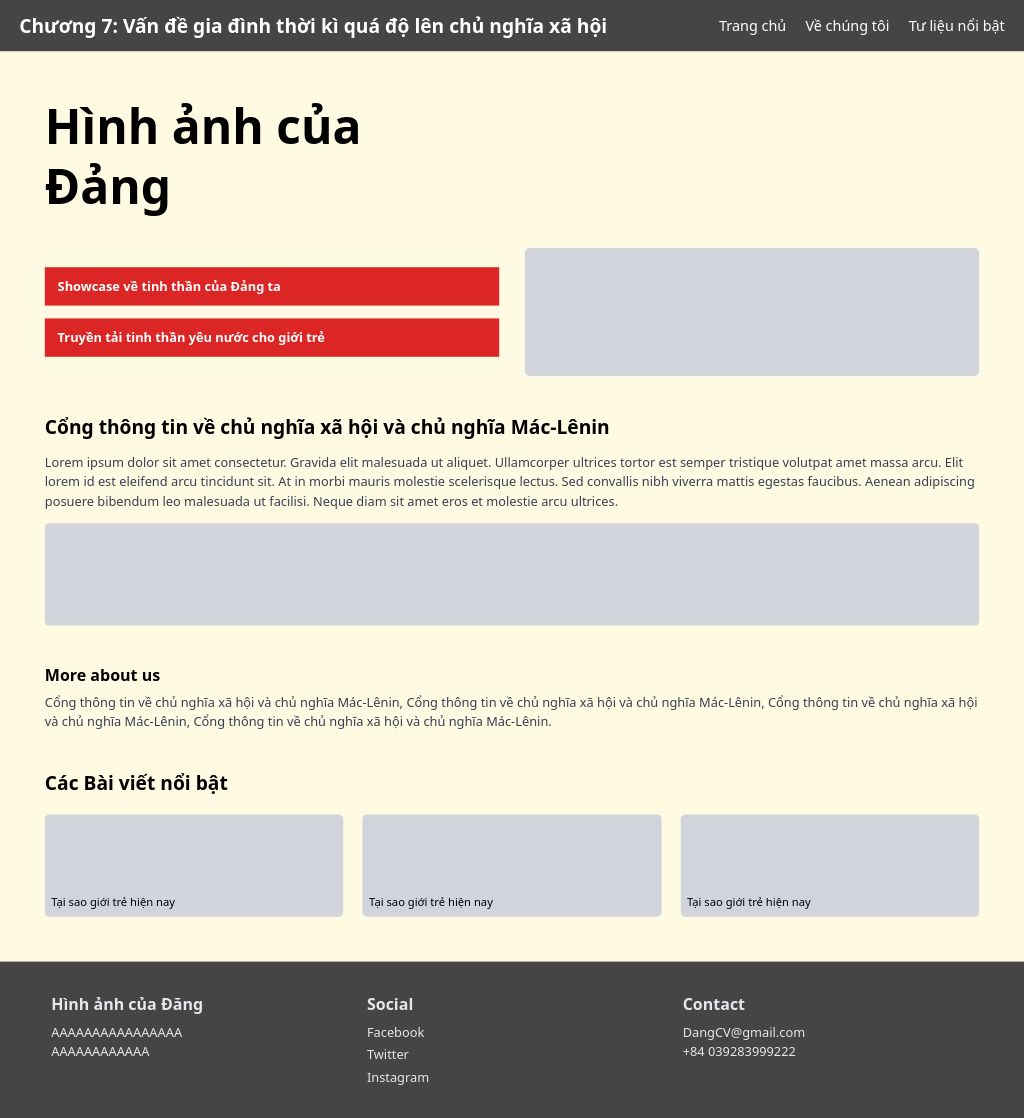
Repository: ultrakhaicraft/PRN232-Website-Showcase
Page: / (app in PRN232/)
The author's editor kept a copy of each file at every save. The page is drawn from the files as they stood at one save, then again after the next save.
The browser window is 1280 px wide. The pictures show the whole page, at 80% of full size.
The project was rebuilt for these pictures with package versions that can differ from the ones it lists, and the page was loaded fresh each time. Also part of the build but not shown: PRN232/vite.config.js, PRN232/src/pages/About.jsx, PRN232/src/pages/News.jsx.

Above is the page before, as saved 2025-09-17 18:48:19.

### PRN232/index.html
<!doctype html>
<html lang="en">
  <head>
    <meta charset="UTF-8" />
    <link rel="icon" type="image/svg+xml" href="/vite.svg" />
    <meta name="viewport" content="width=device-width, initial-scale=1.0" />
    <title>Thuyết trình MLN131</title>
  </head>
  <body>
    <div id="root"></div>
    <script type="module" src="/src/main.jsx"></script>
  </body>
</html>

### PRN232/src/main.jsx
import React from 'react'
import ReactDOM from 'react-dom/client'
import App from './App.jsx'
import './index.css'   // phải có dòng này

ReactDOM.createRoot(document.getElementById('root')).render(
  <React.StrictMode>
    <App />
  </React.StrictMode>,
)

### PRN232/src/App.jsx
import React from "react";
import { BrowserRouter as Router, Routes, Route } from "react-router-dom";

import Homepage from "./pages/HomePage";
import About from "./pages/About";
import News from "./pages/News";
import Navbar from "./components/Narbar";
import Footer from "./components/Footer";

function App() {
  return (
    <Router>
      <div className="flex flex-col min-h-screen">
        {/* Navbar */}
        <Navbar />

        {/* Nội dung page */}
        <main className="flex-grow p-6">
          <Routes>
            <Route path="/" element={<Homepage />} />
            <Route path="/about" element={<About />} />
            <Route path="/news" element={<News />} />
          </Routes>
        </main>

        {/* Footer (optional) */}
        <Footer/>
      </div>
    </Router>
  );
}

export default App;

### PRN232/src/index.css
@tailwind base;
@tailwind components;
@tailwind utilities;

body {
  @apply bg-[#FFFAE2];
}

### PRN232/src/pages/HomePage.jsx
import React from "react";

function Homepage() {
  return (
    <div className="bg-[#FFFAE2] min-h-screen p-8">
      {/* Tiêu đề */}
      <h1 className="mb-10 text-6xl font-extrabold leading-tight">
        Hình ảnh của <br /> Đảng
      </h1>

      {/* Showcase */}
      <div className="grid items-center gap-8 mb-12 md:grid-cols-2">
        <div>
          <div className="px-4 py-3 mb-4 font-semibold text-white bg-red-600">
            Showcase về tinh thần của Đảng ta
          </div>
          <div className="px-4 py-3 font-semibold text-white bg-red-600">
            Truyền tải tinh thần yêu nước cho giới trẻ
          </div>
        </div>
        <div className="h-40 bg-gray-300 rounded-md"></div>
      </div>

      {/* Thông tin giới thiệu */}
      <section className="mb-12">
        <h2 className="mb-4 text-2xl font-bold">
          Cổng thông tin về chủ nghĩa xã hội và chủ nghĩa Mác-Lênin
        </h2>
        <p className="mb-4 text-gray-700">
          Lorem ipsum dolor sit amet consectetur. Gravida elit malesuada ut
          aliquet. Ullamcorper ultrices tortor est semper tristique volutpat
          amet massa arcu. Elit lorem id est eleifend arcu tincidunt sit. At in
          morbi mauris molestie scelerisque lectus. Sed convallis nibh viverra
          mattis egestas faucibus. Aenean adipiscing posuere bibendum leo
          malesuada ut facilisi. Neque diam sit amet eros et molestie arcu
          ultrices.
        </p>
        <div className="h-32 bg-gray-300 rounded-md"></div>
      </section>

      {/* More about us */}
      <section className="mb-12">
        <h2 className="mb-2 text-xl font-bold">More about us</h2>
        <p className="text-gray-700">
          Cổng thông tin về chủ nghĩa xã hội và chủ nghĩa Mác-Lênin,
          Cổng thông tin về chủ nghĩa xã hội và chủ nghĩa Mác-Lênin,
          Cổng thông tin về chủ nghĩa xã hội và chủ nghĩa Mác-Lênin,
          Cổng thông tin về chủ nghĩa xã hội và chủ nghĩa Mác-Lênin.
        </p>
      </section>

      {/* Bài viết nổi bật */}
      <section>
        <h2 className="mb-6 text-2xl font-bold">Các Bài viết nổi bật</h2>
        <div className="grid gap-6 md:grid-cols-3">
          <div className="flex items-end h-32 p-2 text-sm bg-gray-300 rounded-md">
            Tại sao giới trẻ hiện nay
          </div>
          <div className="flex items-end h-32 p-2 text-sm bg-gray-300 rounded-md">
            Tại sao giới trẻ hiện nay
          </div>
          <div className="flex items-end h-32 p-2 text-sm bg-gray-300 rounded-md">
            Tại sao giới trẻ hiện nay
          </div>
        </div>
      </section>
    </div>
  );
}

export default Homepage;

### PRN232/src/components/Narbar.jsx
import React from "react";
import { Link } from "react-router-dom";

function Navbar() {
  return (
    <nav className="flex items-center justify-between px-6 py-4 text-white bg-[#454545]">
      {/* Logo */}
      <div className="text-2xl font-bold">
        <Link to="/">Chương 7: Vấn đề gia đình thời kì quá độ lên chủ nghĩa xã hội</Link>
      </div>

      {/* Menu */}
      <div className="flex justify-center gap-6 text-lg">
        <Link to="/" className="hover:text-blue-400">Trang chủ</Link>
        <Link to="/about" className="hover:text-blue-400">Về chúng tôi</Link>
        <Link to="/news" className="hover:text-blue-400">Tư liệu nổi bật</Link>
      </div>
    </nav>
  );
}

export default Navbar;

### PRN232/src/components/Footer.jsx
import React from "react";

function Footer() {
  return (
    <footer className="px-6 py-10 text-gray-200 bg-[#454545]">
      <div className="grid max-w-6xl grid-cols-1 gap-8 mx-auto md:grid-cols-3">

        {/* Cột 1 */}
        <div>
          <h2 className="mb-2 text-xl font-bold">Hình ảnh của Đăng</h2>
          <p>
            AAAAAAAAAAAAAAAA <br />
            AAAAAAAAAAAA
          </p>
        </div>

        {/* Cột 2 */}
        <div>
          <h2 className="mb-2 text-xl font-bold">Social</h2>
          <ul className="space-y-1">
            <li><a href="#" className="hover:text-blue-400">Facebook</a></li>
            <li><a href="#" className="hover:text-blue-400">Twitter</a></li>
            <li><a href="#" className="hover:text-blue-400">Instagram</a></li>
          </ul>
        </div>

        {/* Cột 3 */}
        <div>
          <h2 className="mb-2 text-xl font-bold">Contact</h2>
          <p>DangCV@gmail.com</p>
          <p>+84 039283999222</p>
        </div>
      </div>
    </footer>
  );
}

export default Footer;

### PRN232/tailwind.config.js
/** @type {import('tailwindcss').Config} */
export default {
  content: [
    "./index.html",
    "./src/**/*.{js,ts,jsx,tsx}",   // rất quan trọng
  ],
  theme: {
    extend: {},
  },
  plugins: [],
};

After the next save:
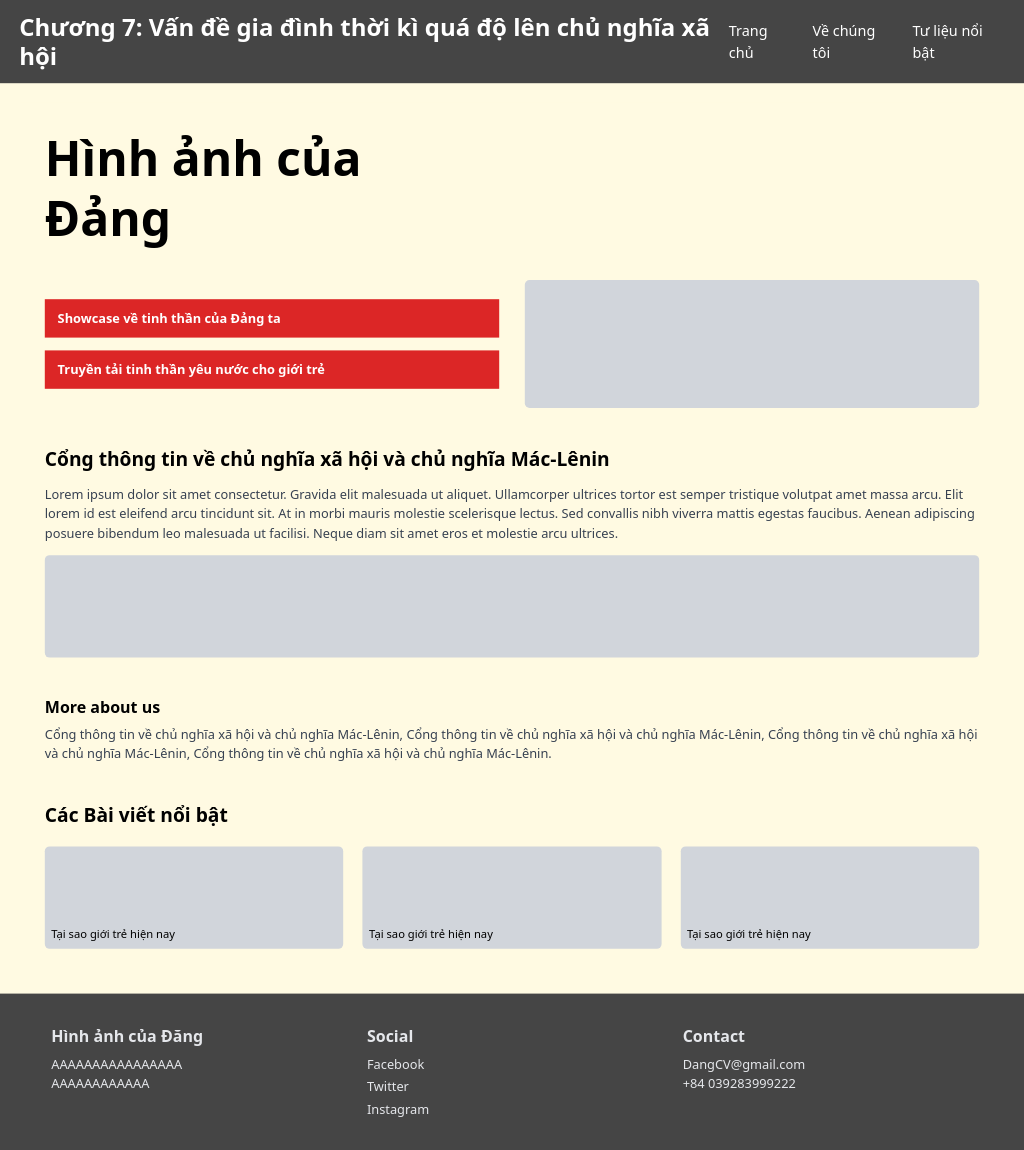
Saved 18 s later.
--- a/PRN232/src/components/Narbar.jsx
+++ b/PRN232/src/components/Narbar.jsx
@@ -5,7 +5,7 @@ function Navbar() {
   return (
     <nav className="flex items-center justify-between px-6 py-4 text-white bg-[#454545]">
       {/* Logo */}
-      <div className="text-2xl font-bold">
+      <div className="text-3xl font-bold">
         <Link to="/">Chương 7: Vấn đề gia đình thời kì quá độ lên chủ nghĩa xã hội</Link>
       </div>
 
